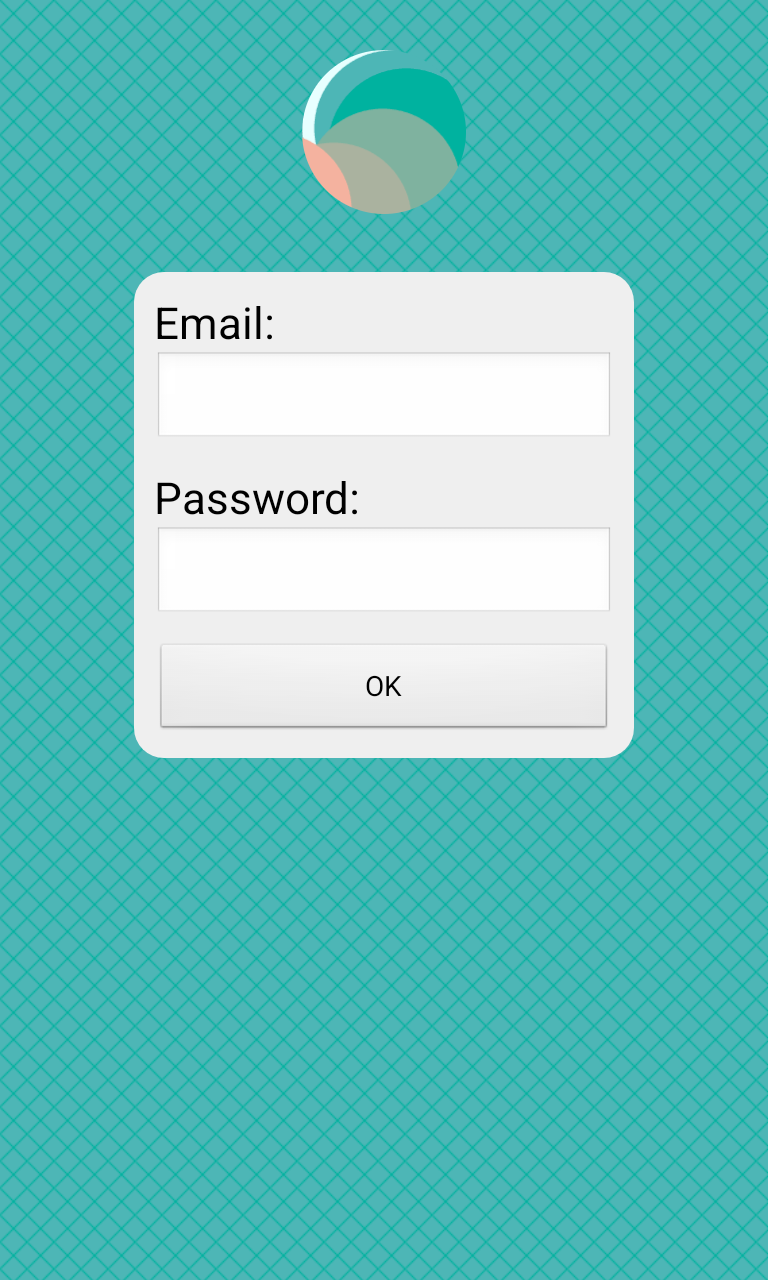
Repository: ppamorim/Coderock-X
Layout: workspace-Android/teste1/res/layout/activity_login.xml
The author's editor kept a copy of each file at every save. The layout is drawn from the files as they stood at one save, then again after the next save.
It is drawn on a 768 x 1280 px phone screen (xhdpi) without system bars, with theme android:Theme.NoTitleBar; the app's code is not run.

Above is the layout before, as saved 2014-01-05 19:30:46.

After the next save:
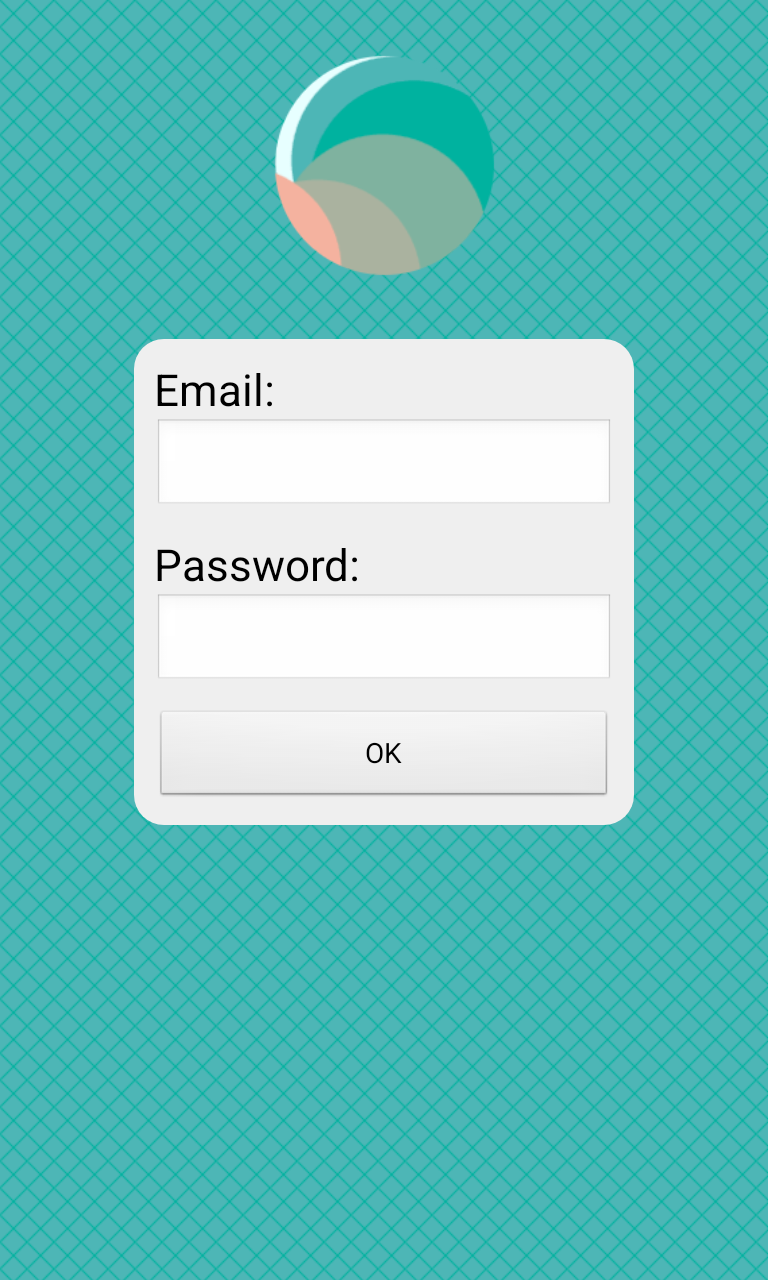
Saved 19 min 56 s later.
--- a/workspace-Android/teste1/res/layout/activity_login.xml
+++ b/workspace-Android/teste1/res/layout/activity_login.xml
@@ -21,11 +21,11 @@
         android:background="@layout/rounded" />-->
 
 <ImageView
-        android:layout_width="fill_parent"
-        android:layout_height="200px"
-        android:contentDescription="@string/app_name"
-        android:scaleType="centerInside"
-        android:src="@drawable/splash" />
+    android:layout_width="fill_parent"
+    android:layout_height="wrap_content"
+    android:contentDescription="@string/app_name"
+    android:scaleType="centerInside"
+    android:src="@drawable/splash" />
 
     <FrameLayout
         android:layout_width="250dp"
